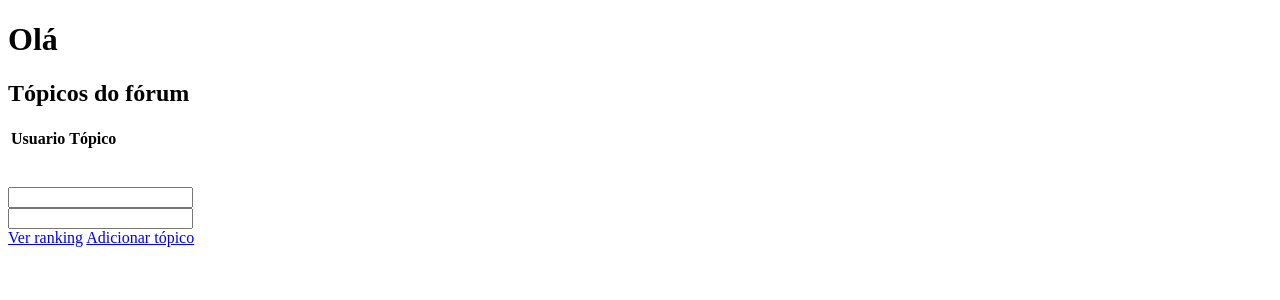
Repository: tainansv/desenvolvimento-agil-com-java-avan-ado
Page: http://localhost/Forum/topicos
The author's editor kept a copy of each file at every save. The page is drawn from the files as they stood at one save, then again after the next save.
The browser window is 1280 px wide. The pictures show the whole page.
The page is served by Tomcat 9. Other server files are loaded and not shown. Queries for data that is not in the repository find no rows.

Above is the page before, as saved 2016-10-06 21:05:37.

### Forum/WebContent/topicos.jsp
<%@ page language="java" contentType="text/html; charset=ISO-8859-1"
    pageEncoding="ISO-8859-1"%>
<%@ taglib prefix="c" uri="http://java.sun.com/jsp/jstl/core" %>
<!DOCTYPE html PUBLIC "-//W3C//DTD HTML 4.01 Transitional//EN" "http://www.w3.org/TR/html4/loose.dtd">
<html>
<head>
<meta http-equiv="Content-Type" content="text/html; charset=ISO-8859-1">
<title>Insert title here</title>
</head>
<body>

	<h1>Olá ${usuario.nome }</h1>
	<h2>Tópicos do fórum</h2>
	<table id="tabela">
		<tr>
			<th>Usuario</th>
			<th>Tópico</th>
		</tr>
		<c:forEach var="topico" items="${topicos }">
			<tr bgcolor="#${id.count % 2 == 0 ? 'aaee88' : '8099ff' }">
				<td>${topico.login }</td>
				<td>${topico.titulo }</td>
				<td>
					<form action="exibir">
						<input type="hidden" name="topicoID" value="${topico.id }" />
						<input type="submit" value="Ver tópico" />
					</form>
				</td>
			</tr>
		</c:forEach>
	</table>

	<br><br>
	<form action="ranking">
		<input/>
	</form>
	<form action="insere-topico.jsp">
		<input/>
	</form>
	<a href="ranking">Ver ranking</a>
	<a href="insere-topico.jsp">Adicionar tópico</a>


</body>
</html>

### Forum/src/servlets/Topicos.java
package servlets;

import java.io.IOException;
import java.util.ArrayList;
import java.util.List;

import javax.servlet.ServletException;
import javax.servlet.annotation.WebServlet;
import javax.servlet.http.HttpServlet;
import javax.servlet.http.HttpServletRequest;
import javax.servlet.http.HttpServletResponse;

import DAOs.TopicosDAO;
import modelos.Topico;

@WebServlet("/topicos")
public class Topicos extends HttpServlet {
	private static final long serialVersionUID = 1L;


	protected void doGet(HttpServletRequest request, HttpServletResponse response) throws ServletException, IOException {
		List<Topico> lista = new ArrayList<>();
		try {
			lista = new TopicosDAO().getTodosTopicos();
			request.getSession().setAttribute("topicos", lista);
			request.getRequestDispatcher("topicos.jsp").forward(request, response);
		} catch (Exception e) {
			System.out.println("Erro ao recuperar tópicos");
		}
	}


}

### Forum/src/DAOs/TopicosDAO.java
package DAOs;

import java.sql.Connection;
import java.sql.PreparedStatement;
import java.sql.ResultSet;
import java.sql.SQLException;
import java.util.ArrayList;
import java.util.List;

import JDBC.ConnectionFactory;
import modelos.Topico;

public class TopicosDAO {

	public List<Topico> getTodosTopicos(){
		List<Topico> topicos = new ArrayList<>();

		try (Connection c = ConnectionFactory.getConexao()) {
			String sql = "select * from topico";
			PreparedStatement stm = c.prepareStatement(sql);
			ResultSet rs = stm.executeQuery();

			while (rs.next()) {
				Topico topico = new Topico();
				topico.setId(rs.getInt("id_topico"));
				topico.setLogin(rs.getString("login"));
				topico.setTitulo(rs.getString("titulo"));
				topico.setConteudo(rs.getString("conteudo"));
				topicos.add(topico);
			}
			return topicos;
		} catch (Exception e) {
			throw new RuntimeException("Erro ao recuperar topicos", e);
		}
	}

	public Topico getTopico(int id){
		Topico topico = new Topico();

		try (Connection c = ConnectionFactory.getConexao()) {
			PreparedStatement stm = c.prepareStatement("select * from topico where id_topico=?");
			stm.setInt(1, id);
			ResultSet rs = stm.executeQuery();

			rs.next();
			topico.setConteudo(rs.getString("conteudo"));
			topico.setId(id);
			topico.setTitulo(rs.getString("titulo"));
			topico.setLogin(rs.getString("login"));

			return topico;
		} catch (Exception e) {
			throw new RuntimeException("Erro ao recuperar topico", e);
		}
	}

	public void adiconarTopico(Topico top) {

		try (Connection c = ConnectionFactory.getConexao()) {

			if (top.getId() == 0) {
				PreparedStatement stmTopico = c.prepareStatement(
						"INSERT INTO topico" + "(titulo, conteudo, login) VALUES (?, ?, ?);");
				stmTopico.setString(1, top.getTitulo());
				stmTopico.setString(2, top.getConteudo());
				stmTopico.setString(3, top.getLogin());
				stmTopico.executeUpdate();
			} else {
				PreparedStatement stmTopico = c.prepareStatement(
						"INSERT INTO topico" + "(titulo, conteudo, login, id_topico) VALUES (?, ?, ?, ?);");
				stmTopico.setString(1, top.getTitulo());
				stmTopico.setString(2, top.getConteudo());
				stmTopico.setString(3, top.getLogin());
				stmTopico.setInt(4, top.getId());
				stmTopico.executeUpdate();
			}

			PreparedStatement stmUsuario = c
					.prepareStatement("UPDATE usuario SET " + "pontos=pontos+10 WHERE login=?");
			stmUsuario.setString(1, top.getLogin());
			stmUsuario.executeUpdate();

		} catch (SQLException e) {
			System.out.println("Erro ao adicionar topico no banco de dados");
			e.printStackTrace();
		} catch (Exception e) {
			// TODO Auto-generated catch block
			e.printStackTrace();
		}
	}
}

### Forum/src/JDBC/ConnectionFactory.java
package JDBC;

import java.sql.Connection;
import java.sql.DriverManager;
import java.sql.SQLException;

public class ConnectionFactory {

	static{
		try {
			Class.forName("org.postgresql.Driver");
		} catch (ClassNotFoundException e) {
			e.printStackTrace();
		}
	}

	public static Connection getConexao() {
		try {
			Connection conexao = DriverManager.getConnection(
					"jdbc:postgresql://localhost/forum", "postgres", "senha");
			return conexao;
		} catch (SQLException e) {
			throw new RuntimeException("Erro ao conectar banco de dados", e);
		}
	}
}

After the next save:
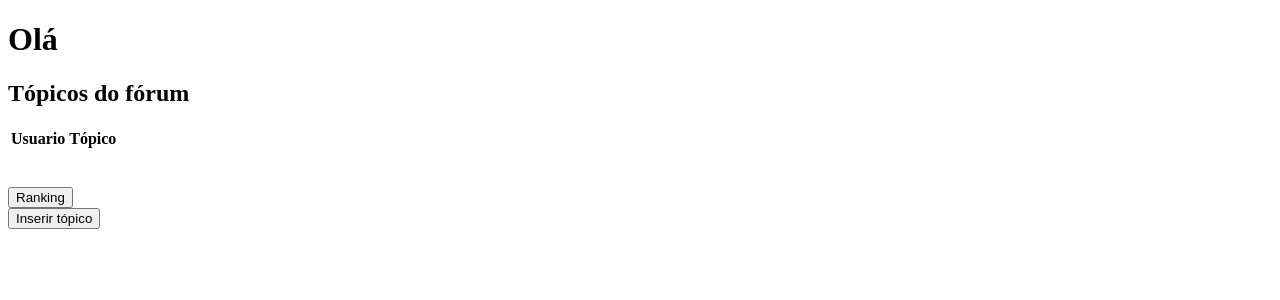
Saved 87 s later.
--- a/Forum/WebContent/topicos.jsp
+++ b/Forum/WebContent/topicos.jsp
@@ -32,13 +32,11 @@
 
 	<br><br>
 	<form action="ranking">
-		<input/>
+		<input type="submit" value="Ranking"/>
 	</form>
 	<form action="insere-topico.jsp">
-		<input/>
+		<input type="submit" value="Inserir tópico" />
 	</form>
-	<a href="ranking">Ver ranking</a>
-	<a href="insere-topico.jsp">Adicionar tópico</a>
 
 
 </body>
